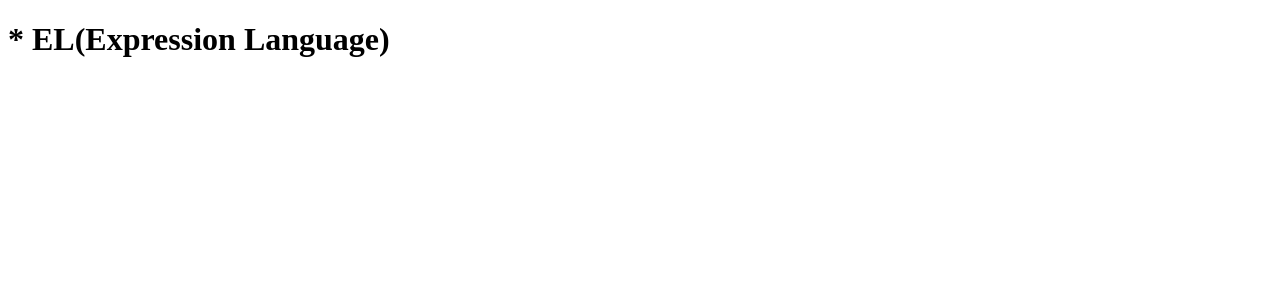
Repository: parkjin-sol/web-workplace
Page: http://localhost/McdonaldProject/
An editor plug-in stored every save of this project. The page is shown before and after the next save, followed by the edit.
The browser window is 1280 px wide. The pictures show the whole page.
The page is served by Tomcat 9. Other server files are loaded and not shown.

Above is the page before, as saved 2025-03-10 07:16:57.

### McdonaldProject/src/main/webapp/index.jsp
<%@ page language="java" contentType="text/html; charset=UTF-8"
    pageEncoding="UTF-8"%>
<!DOCTYPE html>
<html>
<head>
<meta charset="UTF-8">
<title>JSP문법 배우기</title>
</head>
<body>

	<h1>* EL(Expression Language)</h1>



























</body>
</html>

After the next save:
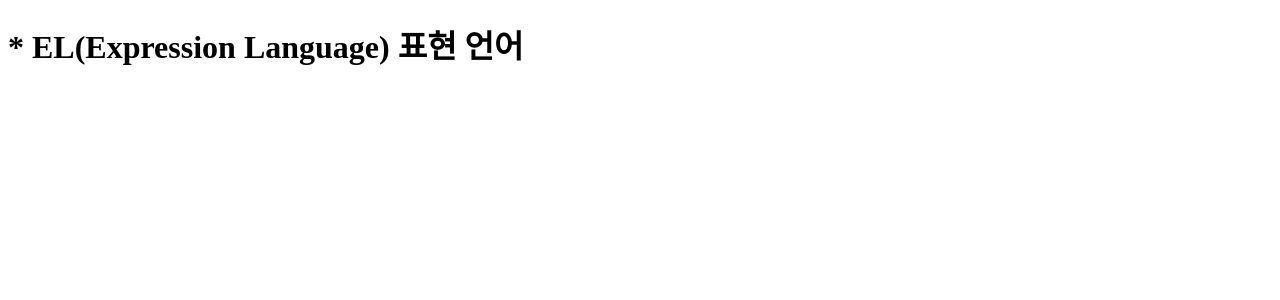
Saved 8 s later.
--- a/McdonaldProject/src/main/webapp/index.jsp
+++ b/McdonaldProject/src/main/webapp/index.jsp
@@ -8,7 +8,7 @@
 </head>
 <body>
 
-	<h1>* EL(Expression Language)</h1>
+	<h1>* EL(Expression Language) 표현 언어</h1>
 
 
 
